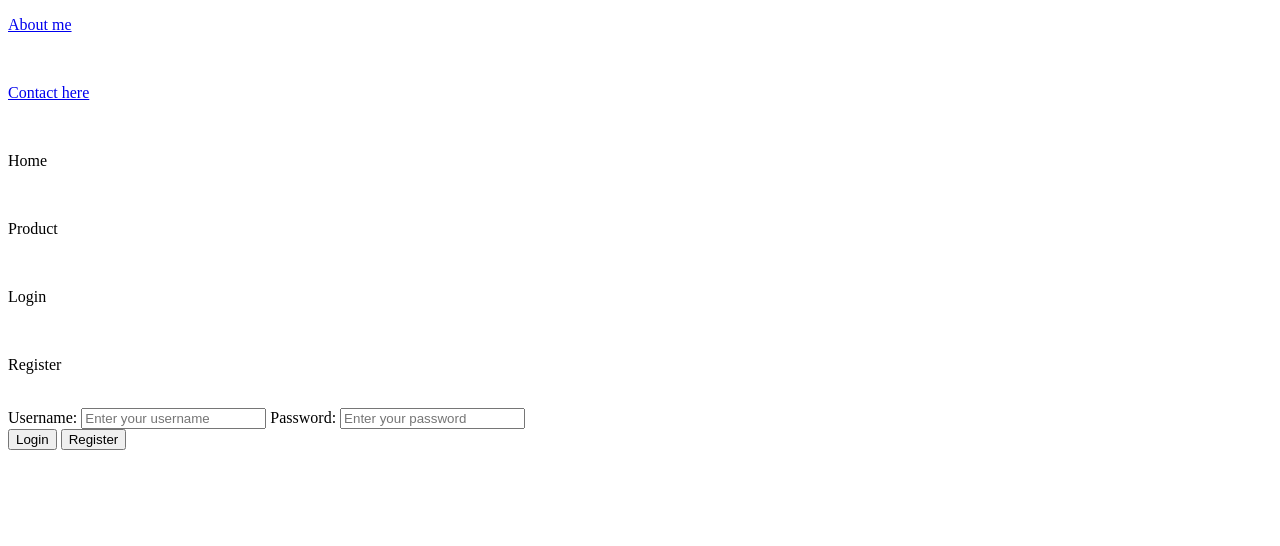
Repository: bao2222/hoc-lam-web
Page: welcome.html
These files come from the project's save history. The page is drawn as it stood at one moment and after the next save; the edit follows.
The browser window is 1280 px wide. The pictures show the whole page.

Above is the page before, as saved 2024-12-24 19:19:21.

After the next save:
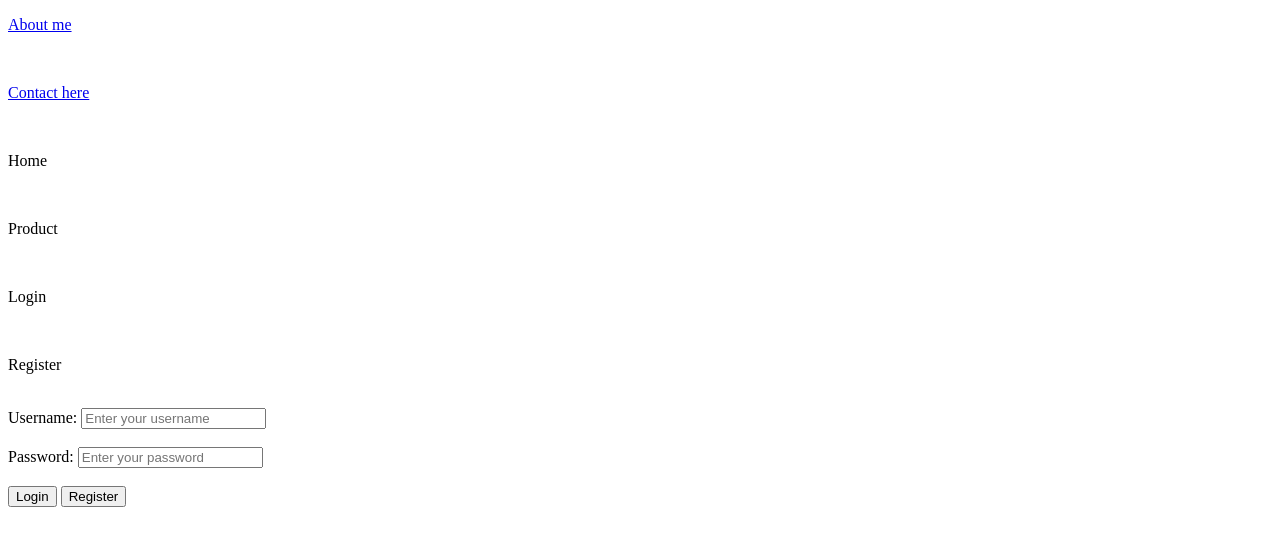
Saved 33 s later.
--- a/welcome.html
+++ b/welcome.html
@@ -39,9 +39,9 @@
                 <div>
                     <form action="#" method="post">
                         <label for="username">Username:</label>
-                        <input type="text" id="username" name="username" placeholder="Enter your username" required>
+                        <input type="text" id="username" name="username" placeholder="Enter your username" required><br><br>
                         <label for="password">Password:</label>
-                        <input type="password" id="password" name="password" placeholder="Enter your password" required><br>
+                        <input type="password" id="password" name="password" placeholder="Enter your password" required><br><br>
                         <button type="submit">Login</button>
                         <button type="reset">Register</button>
 
